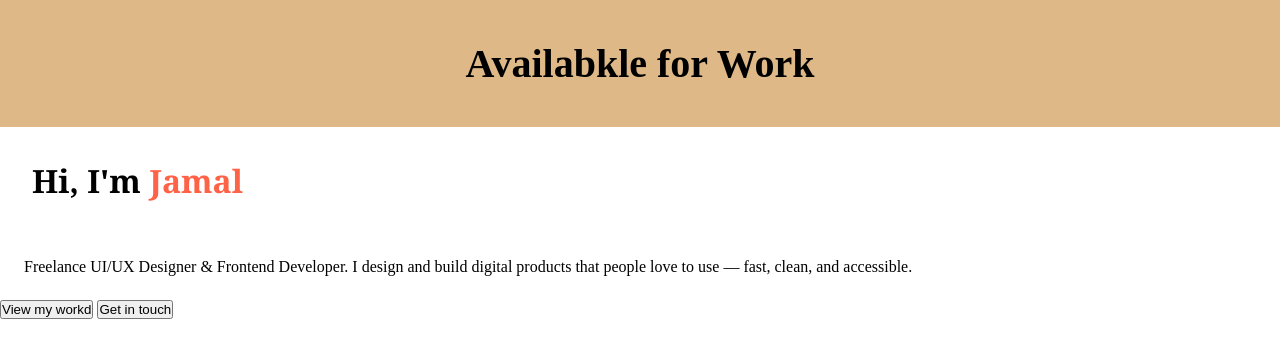
Repository: jamalissef-glitch/exercise1-JS
Page: Exercise33/index.html
An editor plug-in stored every save of this project. The page is shown before and after the next save, followed by the edit.
The browser window is 1280 px wide. The pictures show the whole page.

Above is the page before, as saved 2026-07-14 17:41:58.

### Exercise33/index.html
<!DOCTYPE html>
<html lang="en">

<head>
 <meta charset="UTF-8">
 <meta name="viewport" content="width=device-width, initial-scale=1.0">
 <title>DOM</title>
</head>

<style>
 * {
  padding: 0;
  margin: 0;
  box-sizing: border-box;
 }

 h3 {
  background-color: burlywood;
  padding: 2.5rem;
  text-align: center;
  font-size: 2.5rem;
  font-weight: bold;
 }

 #head {
  padding: 2rem;
  font-family: Georgia, 'Times New Roman', Times, serif;
  font-size: 2rem;
 }

 #head em {
  color: tomato;
  font-style: normal;
  font-weight: bold;
 }

 .desc {
  padding: 1.5rem;
  align-items: center;
  display: flex;
 }
</style>

<body>

 <h3>Availabkle for Work</h3>
 <h1 id="head">Hi, I'm <em>Jamal</em></h1>
 <p class="desc">Freelance UI/UX Designer & Frontend Developer. I design and build digital products that people love to
  use — fast,
  clean, and accessible.</p>

 <button>View my workd</button>
 <button>Get in touch</button>


</body>

</html>

After the next save:
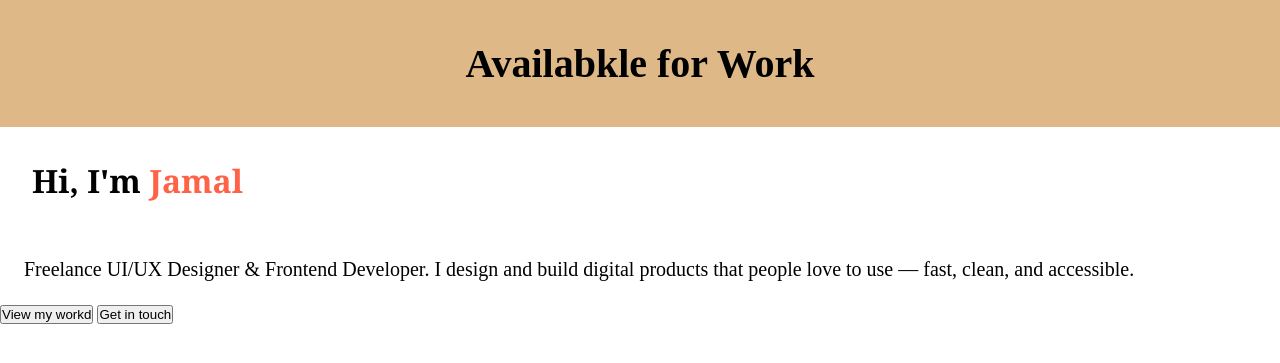
Saved 18 s later.
--- a/Exercise33/index.html
+++ b/Exercise33/index.html
@@ -37,7 +37,7 @@
  .desc {
   padding: 1.5rem;
   align-items: center;
-  display: flex;
+  font-size: 20px;
  }
 </style>
 
